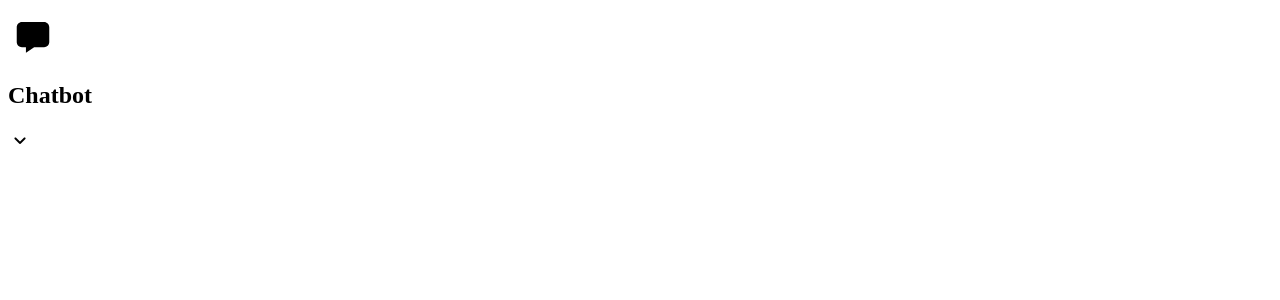
Repository: gogg23/chatbot
Page: / (app in chatbot/)
An editor plug-in stored every save of this project. The page is shown before and after the next save, followed by the edit.
The browser window is 1280 px wide. The pictures show the whole page.
The project was rebuilt for these pictures with package versions that can differ from the ones it lists, and the page was loaded fresh each time. Also part of the build but not shown: chatbot/vite.config.js, chatbot/src/index.css.

Above is the page before, as saved 2024-12-31 11:21:25.

### chatbot/index.html
<!DOCTYPE html>
<html lang="en">
  <head>
    <meta charset="UTF-8" />
    <link rel="icon" type="image/svg+xml" href="/vite.svg" />
    <meta name="viewport" content="width=device-width, initial-scale=1.0" />
    <title>Chatbot in ReactJS</title>
    <!--Linking google Fonts for Icons-->
    <link
      rel="stylesheet"
      href="https://fonts.googleapis.com/css2?family=Material+Symbols+Rounded:opsz,wght,FILL,
      GRAD@24,400,0,0"
    />
  </head>
  <body>
    <div id="root"></div>
    <script type="module" src="/src/main.jsx"></script>
  </body>
</html>

### chatbot/src/App.jsx
import ChatbotIcon from './components/ChatbotIcon';

const App = () => {
  return (
    <div className='container'>
      <div className='chatbot-popup'>
        <div className='chat-header'>
          <div className='header-info'>
            <ChatbotIcon />
            <h2 className='logo-text'>Chatbot</h2>
          </div>
          <span className='material-symbols-rounded'>keyboard_arrow_down</span>
        </div>
      </div>
    </div>
  );
};

export default App;

### chatbot/src/components/ChatbotIcon.jsx
const ChatbotIcon = () => {
  return (
    <svg
      xmlns='http://www.w3.org/2000/svg'
      width='50'
      height='50'
      viewBox='0 0 1024 1024'
    >
      <path
        d='M738.3 287.6H285.7c-59 0-106.8
      47.8-106.8 106.8v303.1c0 59 47.8 106.8 106.8 106.8h81.5v111.1c0
      .7.8 1.1 1.4.7l166.9-110.6 41.8-.8h117.4l43.6-.4c59
      0 106.8-47.8 106.8-106.8V394.5c0-59-47.8-106.9-106.8-106.9zM351
      .7 448.2c0-29.5 23.9-53.5 53.5-53.5s53.5 23.9 53.5 53.5-23.9
      53.5-53.5 53.5-53.5-23.9-53.5-53.5zm157.9 267.1c-67.8 0-123.8-47
      .5-132.3-109h264.6c-8.6 61.5-64.5 109-132.3 109zm110-213.7c-29.5
      0-53.5-23.9-53.5-53.5s23.9-53.5 53.5-53.5 53.5 23.9 53.5 53.5-23.9
      53.5-53.5 53.5zM867.2 644.5V453.1h26.5c19.4 0 35.1 15.7 35.1 35.1v121.1c0
      19.4-15.7 35.1-35.1 35.1h-26.5zM95.2 609.4V488.2c0-19.4 15.7-35.1
      35.1-35.1h26.5v191.3h-26.5c-19.4 0-35.1-15.7-35.1-35.1zM561.5 149.6c0 23.4-15.6
      43.3-36.9 49.7v44.9h-30v-44.9c-21.4-6.5-36.9-26.3-36.9-49.7 0-28.6 23.3-51.9 51.9-51.9s51.9
      23.3 51.9 51.9z'
      />
    </svg>
  );
};

export default ChatbotIcon;

Loaded but not shown: chatbot/src/main.jsx (common file)

After the next save:
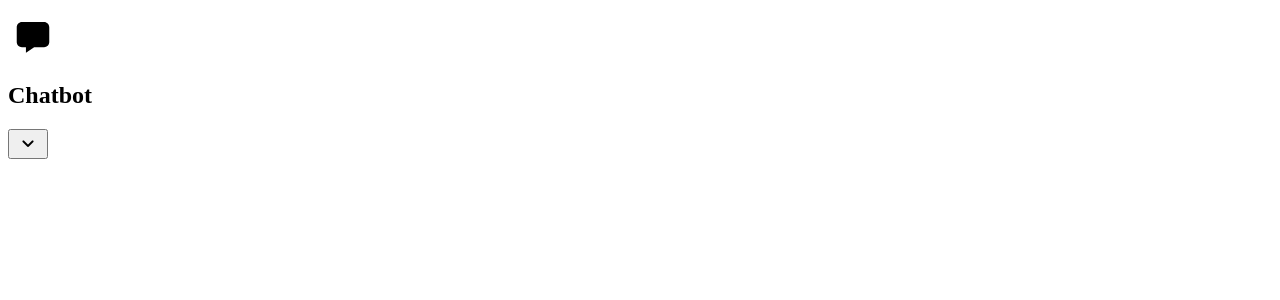
Saved 81 s later.
--- a/chatbot/src/App.jsx
+++ b/chatbot/src/App.jsx
@@ -9,7 +9,9 @@ const App = () => {
             <ChatbotIcon />
             <h2 className='logo-text'>Chatbot</h2>
           </div>
-          <span className='material-symbols-rounded'>keyboard_arrow_down</span>
+          <button className='material-symbols-rounded'>
+            keyboard_arrow_down
+          </button>
         </div>
       </div>
     </div>
